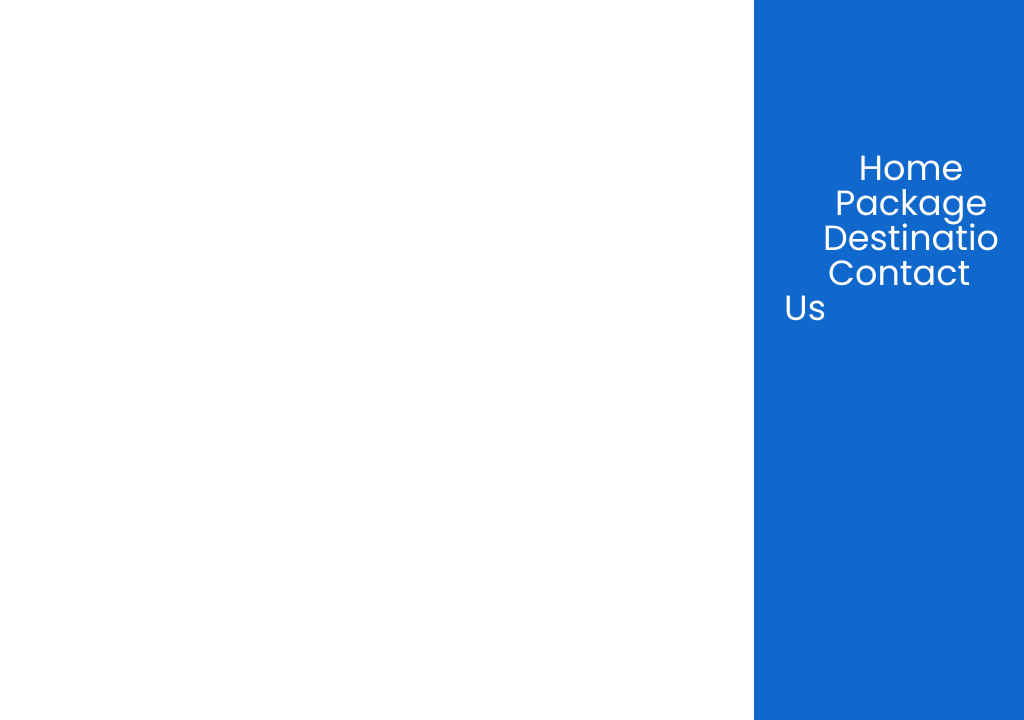
Repository: iamwind-dev/QLTourDuLich
Page: http://localhost/
The author's editor kept a copy of each file at every save. The page is drawn from the files as they stood at one save, then again after a run of saves.
The browser window is 1024 px wide. The pictures show the whole page.
Some web fonts or font styles are not loaded; a fallback is used. The page is run by PHP 8.4 with error messages shown; the project is at /var/www/html/.

Above is the page before, as saved 2023-11-06 01:25:41.

After the next 8 saves:
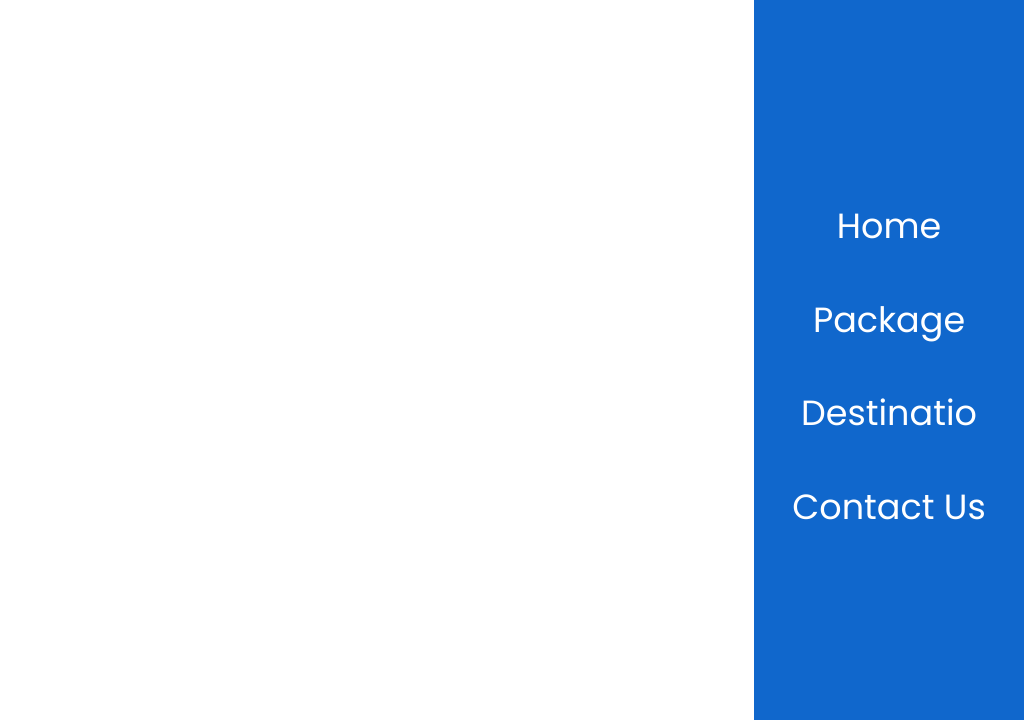
The 8 saves are shown as one change because they came seconds apart.
The last was saved 28 s later.
--- a/css/style.css
+++ b/css/style.css
@@ -437,4 +437,8 @@ header.sticky {
     padding:150px 30px;
     transition: 0.5s all;
   }
-}
+  .navbar a{
+    display: block;
+    margin: 1.2rem 0;
+  }
+}
